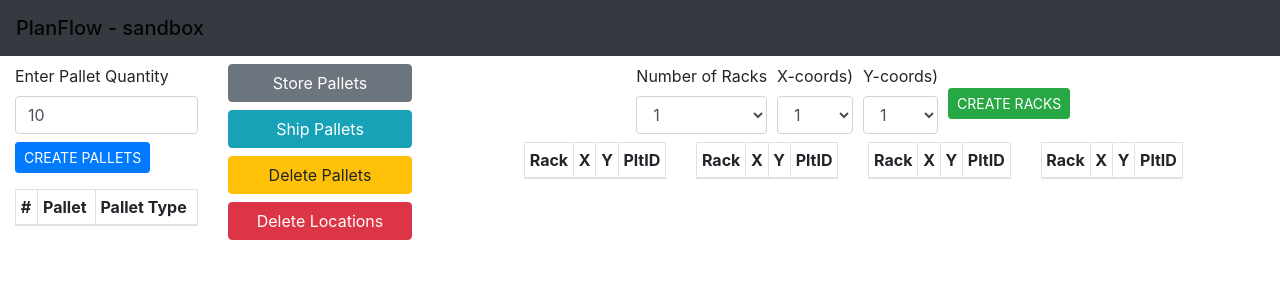
Repository: gholler76/planflow
Page: http://localhost/planflow/WEB-INF/home.jsp
An editor plug-in stored every save of this project. The page is shown before and after the next save, followed by the edit.
The browser window is 1280 px wide. The pictures show the whole page.
The page is served by Tomcat 9. Nobody is signed in. Other server files are loaded and not shown. The template is opened directly, without the code that normally fills it, so the values that code supplies are empty.

Above is the page before, as saved 2021-05-28 13:50:24.

### planflow/src/main/webapp/WEB-INF/home.jsp
<%@ page language="java" contentType="text/html; charset=UTF-8" pageEncoding="UTF-8"%>
<%@ taglib prefix="c" uri="http://java.sun.com/jsp/jstl/core"%>
<%@ taglib prefix="form" uri="http://www.springframework.org/tags/form"%>
<%@ page isErrorPage="true"%>
<%@ taglib prefix="fmt" uri="http://java.sun.com/jsp/jstl/fmt" %>
<%@ taglib prefix="fn" uri="http://java.sun.com/jsp/jstl/functions" %>

<!DOCTYPE html>
<html>
<head>
    <meta charset="UTF-8">
    <title>PlanFlow</title>
    <script src="https://code.jquery.com/jquery-3.5.1.slim.min.js" integrity="sha384-DfXdz2htPH0lsSSs5nCTpuj/zy4C+OGpamoFVy38MVBnE+IbbVYUew+OrCXaRkfj" crossorigin="anonymous"></script>
	<script src="https://cdn.jsdelivr.net/npm/bootstrap@4.6.0/dist/js/bootstrap.bundle.min.js" integrity="sha384-Piv4xVNRyMGpqkS2by6br4gNJ7DXjqk09RmUpJ8jgGtD7zP9yug3goQfGII0yAns" crossorigin="anonymous"></script>
    <link rel="stylesheet" href="https://cdn.jsdelivr.net/npm/bootstrap@4.6.0/dist/css/bootstrap.min.css" integrity="sha384-B0vP5xmATw1+K9KRQjQERJvTumQW0nPEzvF6L/Z6nronJ3oUOFUFpCjEUQouq2+l" crossorigin="anonymous">
</head>
<body>
	<nav class="navbar navbar-light bg-dark">
  		 <span class="navbar-brand mb-0 h1">PlanFlow - sandbox</span>
	</nav>
	<div class="container-fluid">
		<div class="row justify-content-between">
			<div class="col-2">
				<form action="/pallets" method="post" class="mt-2">
			      	<div class="form-group">
			      		<Label for="qty" class="form-label">Enter Pallet Quantity</Label>
			      		<input type="number" class="form-control" name="qty" value=10 />
			      		<input type="submit" value="CREATE PALLETS" class="btn btn-sm btn-primary mt-2"/>
			    	</div>
			    </form>
				<table class="table table-bordered table-sm">
					<thead>
						<tr>
							<th>#</th>
							<th>Pallet</th>
							<th>Pallet Type</th>
						</tr>
					</thead>
					<tbody>
						<c:set var="count" value="0" scope="page" />
						<c:forEach var="pallet" items="${pallets}">
						<c:if test="${pallet.location eq null }">
						<tr class="small">
							<th scope="row"><c:set var="count" value="${count + 1}" scope="page"/>${count}</th>
							<td>${pallet.palletid}</td>
							<td>${pallet.ptype}</td>
						</tr>
	 					</c:if>
						</c:forEach>
					</tbody>
				</table>
	 	 	</div>
	 	 	<div class="col-2">
				<form action="/move" method="post">
			  		<input class="btn btn-secondary mt-2 mb-2 btn-block" type="submit" value="Store Pallets">
			  		<input class="btn btn-info mb-2 btn-block" type="submit" value="Ship Pallets" formaction="/ship">
			  		<input class="btn btn-warning mb-2 btn-block" type="submit" value="Delete Pallets" formaction="/deleteP">
			  		<input class="btn btn-danger mb-2 btn-block" type="submit" value="Delete Locations" formaction="/deleteL">
			  	</form>
	 	 	</div>
	   	 		<div class="col-8">
	   	 			<div class="row justify-content-center">
	   	 				<form action="/locations" method="post">
	   	 				<input type="hidden" name="startRack" value=100>
							<div class="form-row align-items-center mt-2">
							    <div class="col-auto">
							      <label for="rackCount">Number of Racks</label>
							      <select class="form-control mb-2" name="rackCount">
							      	<option value=+1>1</option>
							      	<option value=+2>2</option>
							      	<option value=+3>3</option>
							      	<option value=+4>4</option>
							      </select>
							    </div>
							    <div class="col-auto">
							      <label for="xcoors">X-coords)</label>
							      <select class="form-control mb-2" name="xcoors">
							      	<option value=+1>1</option>
							      	<option value=+2>2</option>
							      	<option value=+3>3</option>
							      	<option value=+4>4</option>
							      	<option value=+5>5</option>
							      	<option value=+6>6</option>
							      	<option value=+7>7</option>
							      	<option value=+8>8</option>
							      	<option value=+9>9</option>
							      	<option value=+10>10</option>
							      	<option value=+11>11</option>
							      	<option value=+12>12</option>
							      	<option value=+13>13</option>
							      	<option value=+14>14</option>
							      	<option value=+15>15</option>
							      	<option value=+16>16</option>
							      	<option value=+17>17</option>
							      	<option value=+18>18</option>
							      	<option value=+19>19</option>
							      	<option value=+20>20</option>
							      </select>
							    </div>
							    <div class="col-auto">
							      <label for="ycoors">Y-coords)</label>
							      <select class="form-control mb-2" name="ycoors">
							      	<option value=+1>1</option>
							      	<option value=+2>2</option>
							      	<option value=+3>3</option>
							      	<option value=+4>4</option>
							      	<option value=+5>5</option>
							      </select>
							    </div>
							    <div class="col-auto">
							      <button type="submit" class="btn btn-success btn-sm">CREATE RACKS</button>
							    </div>
							  </div>
							</form>
		   	 			</div>
		   	 			<div class="row justify-content-center">
		   	 				<div class="col-auto">
		   	 					<table class="table-sm table-bordered">
		   	 						<thead>
		   	 							<tr>
		   	 								<th>Rack</th>
		   	 								<th>X</th>
		   	 								<th>Y</th>
		   	 								<th>PltID</th>
		   	 							</tr>
		   	 						</thead>
		   	 						<tbody>
		   	 						<c:forEach var="location" items="${locations}">
	   	 								<c:if test="${location.rack eq '101'}">
			   	 							<tr class="small">
			   	 								<td>${location.rack}</td>
			   	 								<td>${location.xcoor}</td>
			   	 								<td>${location.ycoor}</td>
			   	 								<td>${location.pallet.palletid}</td>
			   	 							</tr>
		   	 							</c:if>
	   	 							</c:forEach>
				   	 				</tbody>
				   	 			</table>
				   	 		</div>
		   	 				<div class="col-auto">
		   	 					<table class="table-sm table-bordered">
		   	 						<thead>
		   	 							<tr>
		   	 								<th>Rack</th>
		   	 								<th>X</th>
		   	 								<th>Y</th>
		   	 								<th>PltID</th>
		   	 							</tr>
		   	 						</thead>
		   	 						<tbody>
		   	 						<c:forEach var="location" items="${locations}">
	   	 								<c:if test="${location.rack eq '102'}">
			   	 							<tr class="small">
			   	 								<td>${location.rack}</td>
			   	 								<td>${location.xcoor}</td>
			   	 								<td>${location.ycoor}</td>
			   	 								<td>${location.pallet.palletid}</td>
			   	 							</tr>
		   	 							</c:if>
	   	 							</c:forEach>
				   	 				</tbody>
				   	 			</table>
				   	 		</div>
		   	 				<div class="col-auto">
		   	 					<table class="table-sm table-bordered">
		   	 						<thead>
		   	 							<tr>
		   	 								<th>Rack</th>
		   	 								<th>X</th>
		   	 								<th>Y</th>
		   	 								<th>PltID</th>
		   	 							</tr>
		   	 						</thead>
		   	 						<tbody>
		   	 						<c:forEach var="location" items="${locations}">
	   	 								<c:if test="${location.rack eq '103'}">
			   	 							<tr class="small">
			   	 								<td>${location.rack}</td>
			   	 								<td>${location.xcoor}</td>
			   	 								<td>${location.ycoor}</td>
			   	 								<td>${location.pallet.palletid}</td>
			   	 							</tr>
		   	 							</c:if>
	   	 							</c:forEach>
				   	 				</tbody>
				   	 			</table>
				   	 		</div>
		   	 				<div class="col-auto">
		   	 					<table class="table-sm table-bordered">
		   	 						<thead>
		   	 							<tr>
		   	 								<th>Rack</th>
		   	 								<th>X</th>
		   	 								<th>Y</th>
		   	 								<th>PltID</th>
		   	 							</tr>
		   	 						</thead>
		   	 						<tbody>
		   	 						<c:forEach var="location" items="${locations}">
	   	 								<c:if test="${location.rack eq '104'}">
			   	 							<tr class="small">
			   	 								<td>${location.rack}</td>
			   	 								<td>${location.xcoor}</td>
			   	 								<td>${location.ycoor}</td>
			   	 								<td>${location.pallet.palletid}</td>
			   	 							</tr>
		   	 							</c:if>
	   	 							</c:forEach>
				   	 				</tbody>
				   	 			</table>
				   	 		</div>
			 			</div>
			 		</div>
	    	</div>
		</div>
</body>
</html>

After the next save:
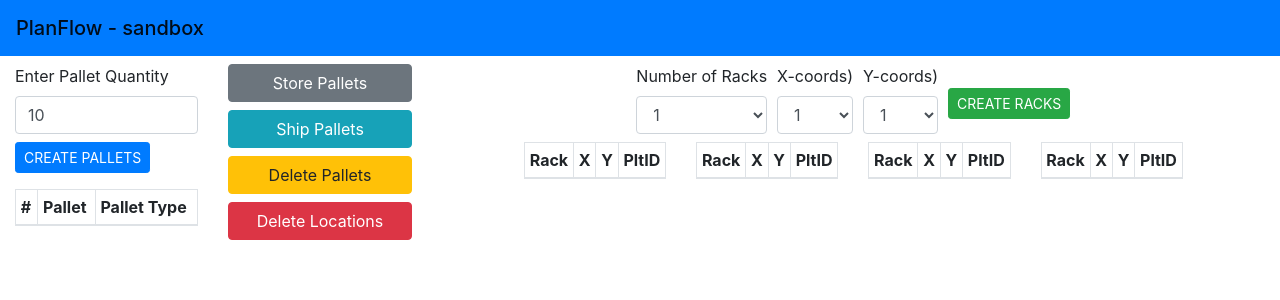
Saved 2 min 35 s later.
--- a/planflow/src/main/webapp/WEB-INF/home.jsp
+++ b/planflow/src/main/webapp/WEB-INF/home.jsp
@@ -15,7 +15,7 @@
     <link rel="stylesheet" href="https://cdn.jsdelivr.net/npm/bootstrap@4.6.0/dist/css/bootstrap.min.css" integrity="sha384-B0vP5xmATw1+K9KRQjQERJvTumQW0nPEzvF6L/Z6nronJ3oUOFUFpCjEUQouq2+l" crossorigin="anonymous">
 </head>
 <body>
-	<nav class="navbar navbar-light bg-dark">
+	<nav class="navbar navbar-light bg-primary">
   		 <span class="navbar-brand mb-0 h1">PlanFlow - sandbox</span>
 	</nav>
 	<div class="container-fluid">
